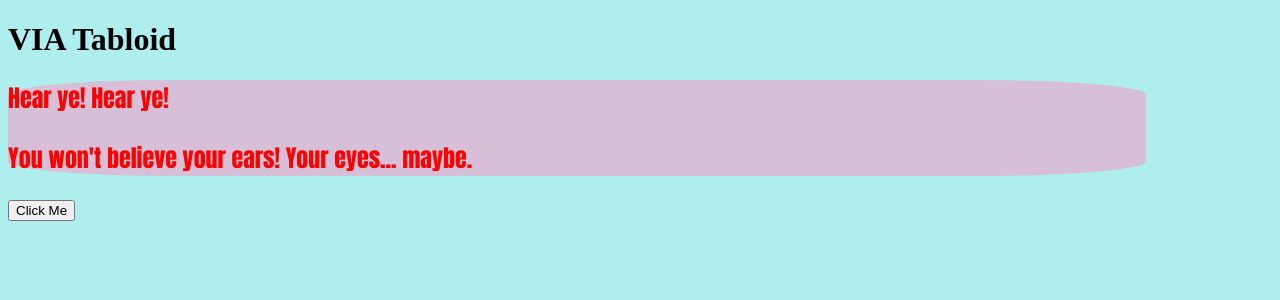
Repository: pimbp/doc_assign
Page: Frontend/index.html
These files come from the project's save history. The page is drawn as it stood at one moment and after the next save; the edit follows.
The browser window is 1280 px wide. The pictures show the whole page.

Above is the page before, as saved 2026-02-25 16:38:42.

After the next save:
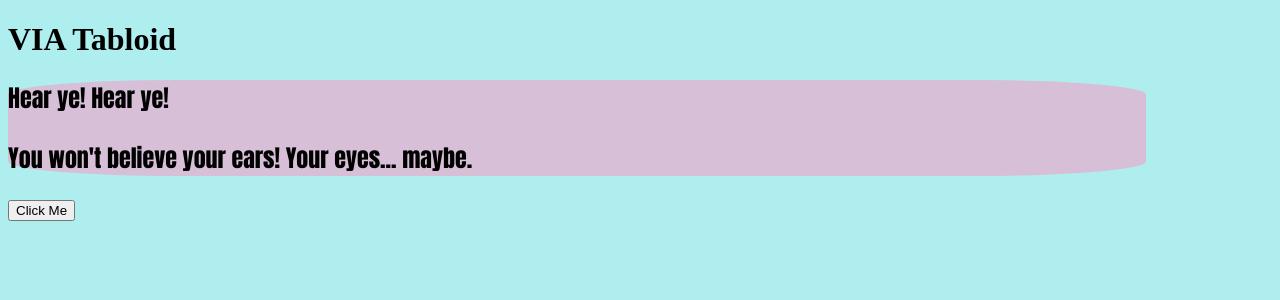
Saved 4 min 31 s later.
--- a/Frontend/style/fancy.css
+++ b/Frontend/style/fancy.css
@@ -3,7 +3,7 @@ body { background-color: paleturquoise; }
 #sensational {
     font-family: Impact, Haettenschweiler, 'Arial Narrow Bold', sans-serif;
     font-size: 24px;
-    color: red;
+    color: p;
     font-weight: bold;
 
     max-width: 90%;
